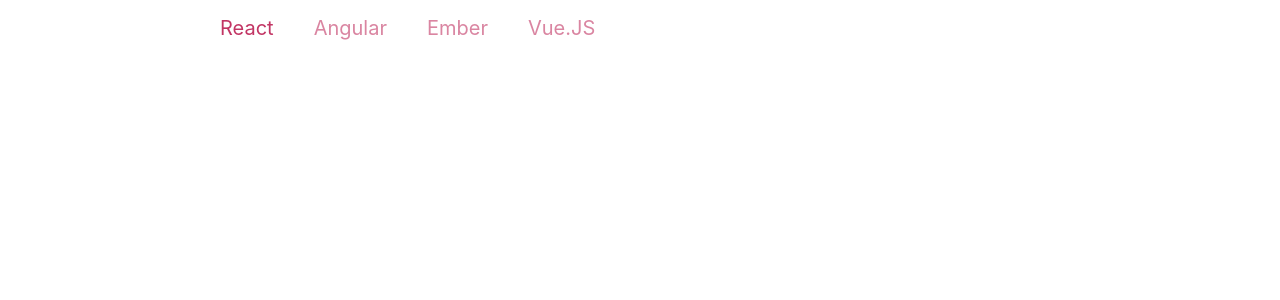
Repository: baopham2-tiki/tiki-order-listing
Page: /oderApp
These files come from the project's save history. The page is drawn as it stood at one moment and after the next save; the edit follows.
The browser window is 1280 px wide. The pictures show the whole page.
The project was rebuilt for these pictures with package versions that can differ from the ones it lists, and the page was loaded fresh each time. The framework's server and built-in components were replaced by stand-ins that run in the browser. Also part of the build but not shown: next.config.js.

Above is the page before, as saved 2022-11-09 22:15:34.

After the next save:
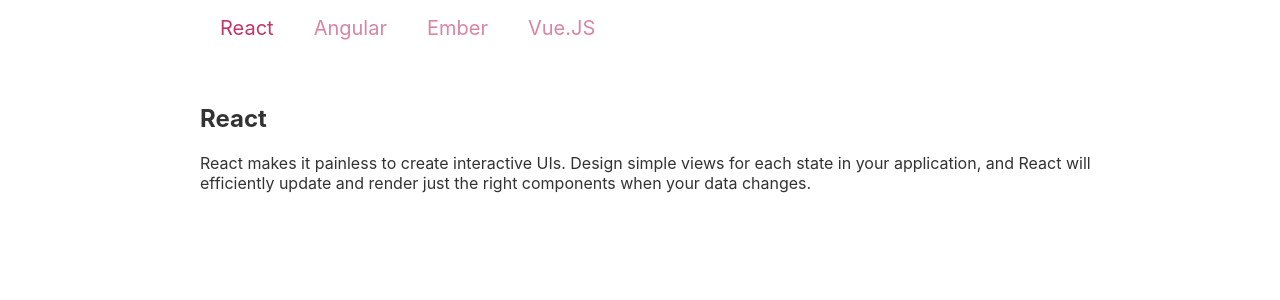
Saved 25 s later.
--- a/pages/oderApp.tsx
+++ b/pages/oderApp.tsx
@@ -46,6 +46,9 @@
   .tab-pane {
     color: #333;
     display: none;
+  }
+  .tab-pane.active {
+    display: block;
   }
 `
 
